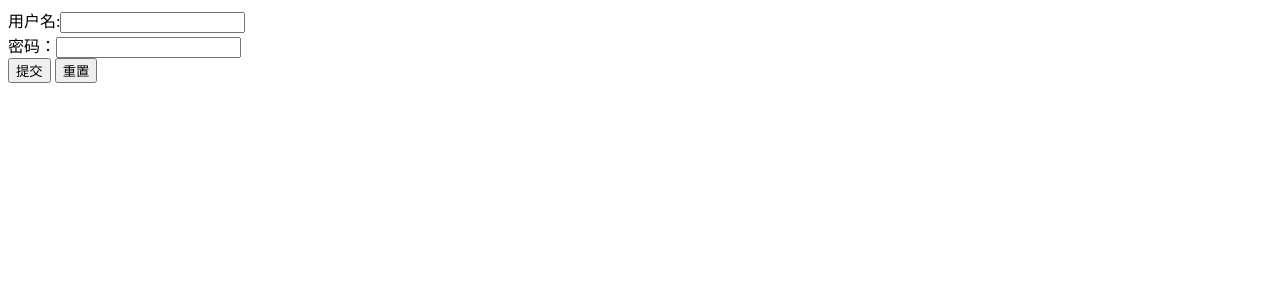
Repository: shunchensaber/Javaweb
Page: Web/WebContent/WebText1.html
An editor plug-in stored every save of this project. The page is shown before and after the next save, followed by the edit.
The browser window is 1280 px wide. The pictures show the whole page.

Above is the page before, as saved 2019-03-26 08:20:26.

After the next save:
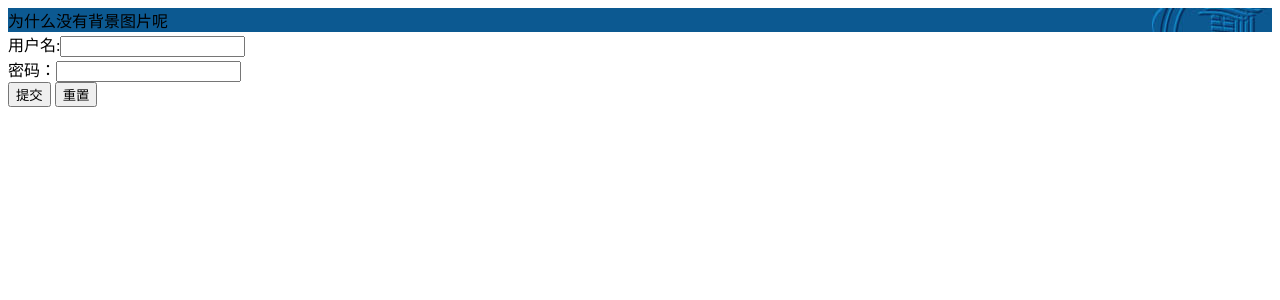
Saved 30 s later.
--- a/Web/WebContent/WebText1.html
+++ b/Web/WebContent/WebText1.html
@@ -10,7 +10,9 @@
 <body>
 
 
-<div style="background-image: url('image/header_bg.jpg');"></div>
+<div style="background-image: url('image/header_bg.jpg');">
+为什么没有背景图片呢
+</div>
 <form action="" >
 用户名:<input type ="text" name = "name">
 <br>
